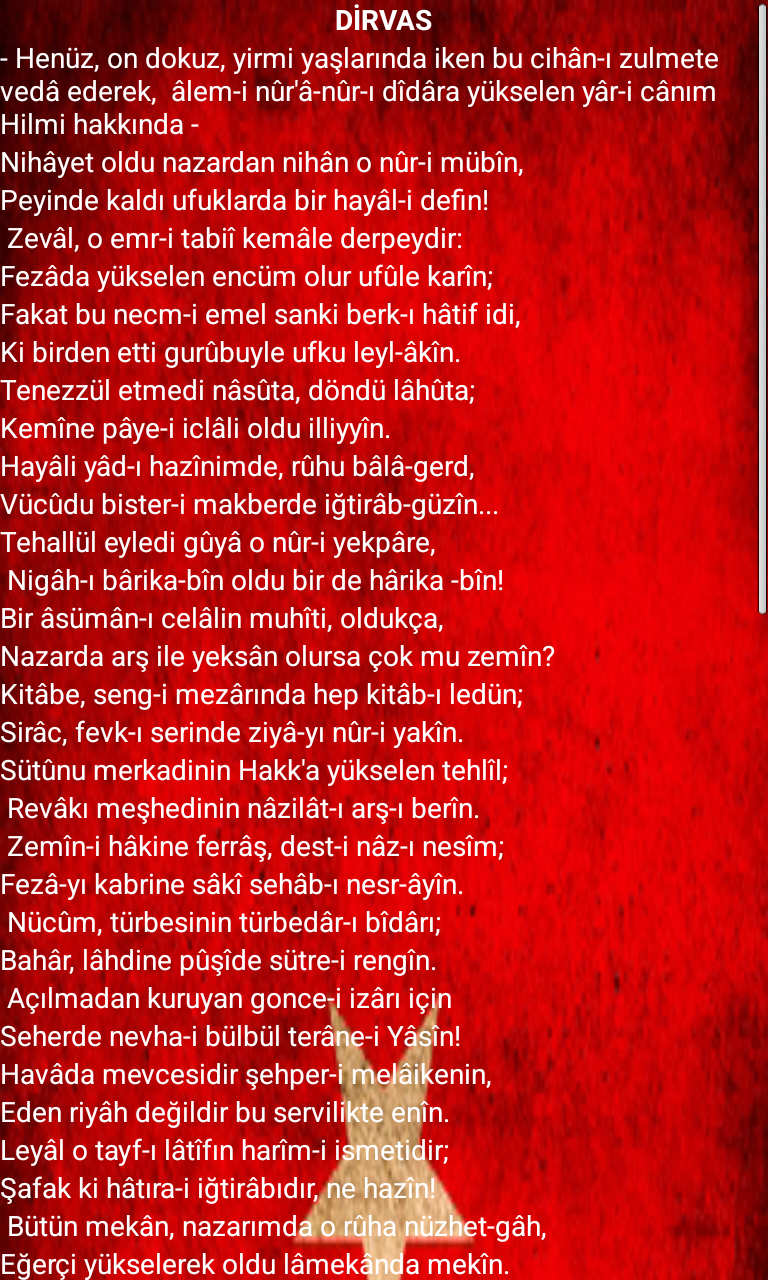
Repository: dokayazilim/Safahat-Android--Uygulamasi
Layout: safahat(android)/Safahat/res/layout/kitap25.xml
The author's editor kept a copy of each file at every save. The layout is drawn from the files as they stood at one save, then again after the next save.
It is drawn on a 768 x 1280 px phone screen (xhdpi) without system bars, with theme android:Theme; the app's code is not run.

Above is the layout before, as saved 2012-09-07 11:51:38.

### safahat(android)/Safahat/res/layout/kitap25.xml
<?xml version="1.0" encoding="utf-8"?>
<ScrollView    android:id="@+id/widget1"    android:layout_width="fill_parent"    android:layout_height="fill_parent"    xmlns:android="http://schemas.android.com/apk/res/android"    >
<LinearLayout xmlns:android="http://schemas.android.com/apk/res/android"
    android:layout_width="fill_parent"
    android:layout_height="fill_parent"
    android:orientation="vertical" android:background="@drawable/androidturk">

  <TextView
        android:id="@+id/textView1"
        android:layout_width="wrap_content"
        android:layout_height="wrap_content"
        android:text="DİRVAS" android:textColor="#ffffff" android:textStyle="bold" android:layout_gravity="center"/>
<TextView
        android:id="@+id/textView2"
        android:layout_width="wrap_content"
        android:layout_height="wrap_content"
        android:text="- Henüz, on dokuz, yirmi yaşlarında iken bu cihân-ı zulmete vedâ ederek,
 âlem-i nûr'â-nûr-ı dîdâra yükselen yâr-i cânım Hilmi hakkında -
 " android:textColor="#ffffff" />
<TextView
        android:id="@+id/textView3"
        android:layout_width="wrap_content"
        android:layout_height="wrap_content"
        android:text="Nihâyet oldu nazardan nihân o nûr-i mübîn, " android:textColor="#ffffff" />
<TextView
        android:id="@+id/textView4"
        android:layout_width="wrap_content"
        android:layout_height="wrap_content"
        android:text="Peyinde kaldı ufuklarda bir hayâl-i defin!
  " android:textColor="#ffffff" />
<TextView
        android:id="@+id/textView5"
        android:layout_width="wrap_content"
        android:layout_height="wrap_content"
        android:text="
Zevâl, o emr-i tabiî kemâle derpeydir:

" android:textColor="#ffffff" />
<TextView
        android:id="@+id/textView6"
        android:layout_width="wrap_content"
        android:layout_height="wrap_content"
        android:text="Fezâda yükselen encüm olur ufûle karîn;
  " android:textColor="#ffffff" />
<TextView
        android:id="@+id/textView7"
        android:layout_width="wrap_content"
        android:layout_height="wrap_content"
        android:text="Fakat bu necm-i emel sanki berk-ı hâtif idi, " android:textColor="#ffffff"/>
<TextView
        android:id="@+id/textView8"
        android:layout_width="wrap_content"
        android:layout_height="wrap_content"
        android:text="Ki birden etti gurûbuyle ufku leyl-âkîn.
   " android:textColor="#ffffff" />
<TextView
        android:id="@+id/textView9"
        android:layout_width="wrap_content"
        android:layout_height="wrap_content"
        android:text="Tenezzül etmedi nâsûta, döndü lâhûta;
 " android:textColor="#ffffff"/>
<TextView
        android:id="@+id/textView10"
        android:layout_width="wrap_content"
        android:layout_height="wrap_content"
        android:text="Kemîne pâye-i iclâli oldu illiyyîn.  " android:textColor="#ffffff"/>
<TextView
        android:id="@+id/textView11"
        android:layout_width="wrap_content"
        android:layout_height="wrap_content"
        android:text="Hayâli yâd-ı hazînimde, rûhu bâlâ-gerd,
 " android:textColor="#ffffff" />
<TextView
        android:id="@+id/textView12"
        android:layout_width="wrap_content"
        android:layout_height="wrap_content"
        android:text="Vücûdu bister-i makberde iğtirâb-güzîn...
   " android:textColor="#ffffff" />
<TextView
        android:id="@+id/textView13"
        android:layout_width="wrap_content"
        android:layout_height="wrap_content"
        android:text="Tehallül eyledi gûyâ o nûr-i yekpâre, " android:textColor="#ffffff"/>
<TextView
        android:id="@+id/textView14"
        android:layout_width="wrap_content"
        android:layout_height="wrap_content"
        android:text="
Nigâh-ı bârika-bîn oldu bir de hârika -bîn!

" android:textColor="#ffffff" />
<TextView
        android:id="@+id/textView15"
        android:layout_width="wrap_content"
        android:layout_height="wrap_content"
        android:text="Bir âsümân-ı celâlin muhîti, oldukça,
   " android:textColor="#ffffff" />
<TextView
        android:id="@+id/textView16"
        android:layout_width="wrap_content"
        android:layout_height="wrap_content"
        android:text="Nazarda arş ile yeksân olursa çok mu zemîn?  " android:textColor="#ffffff"/>
<TextView
        android:id="@+id/textView17"
        android:layout_width="wrap_content"
        android:layout_height="wrap_content"
        android:text="Kitâbe, seng-i mezârında hep kitâb-ı ledün;
  " android:textColor="#ffffff" />
<TextView
        android:id="@+id/textView18"
        android:layout_width="wrap_content"
        android:layout_height="wrap_content"
        android:text="Sirâc, fevk-ı serinde ziyâ-yı nûr-i yakîn.
   " android:textColor="#ffffff" />
<TextView
        android:id="@+id/textView19"
        android:layout_width="wrap_content"
        android:layout_height="wrap_content"
        android:text="Sütûnu merkadinin Hakk'a yükselen tehlîl;  " android:textColor="#ffffff"/>
<TextView
        android:id="@+id/textView20"
        android:layout_width="wrap_content"
        android:layout_height="wrap_content"
        android:text="
Revâkı meşhedinin nâzilât-ı arş-ı berîn.

  " android:textColor="#ffffff" />
<TextView
        android:id="@+id/textView21"
        android:layout_width="wrap_content"
        android:layout_height="wrap_content"
        android:text="
Zemîn-i hâkine ferrâş, dest-i nâz-ı nesîm;
  " android:textColor="#ffffff" />
<TextView
        android:id="@+id/textView22"
        android:layout_width="wrap_content"
        android:layout_height="wrap_content"
        android:text="Fezâ-yı kabrine sâkî sehâb-ı nesr-âyîn. " android:textColor="#ffffff"/>
<TextView
        android:id="@+id/textView23"
        android:layout_width="wrap_content"
        android:layout_height="wrap_content"
        android:text="
Nücûm, türbesinin türbedâr-ı bîdârı;
  " android:textColor="#ffffff" />
<TextView
        android:id="@+id/textView24"
        android:layout_width="wrap_content"
        android:layout_height="wrap_content"
        android:text="Bahâr, lâhdine pûşîde sütre-i rengîn.
 " android:textColor="#ffffff" />
<TextView
        android:id="@+id/textView25"
        android:layout_width="wrap_content"
        android:layout_height="wrap_content"
        android:text="
Açılmadan kuruyan gonce-i izârı için
        " android:textColor="#ffffff" />
<TextView
        android:id="@+id/textView26"
        android:layout_width="wrap_content"
        android:layout_height="wrap_content"
        android:text="Seherde nevha-i bülbül terâne-i Yâsîn!
  " android:textColor="#ffffff" />
<TextView
        android:id="@+id/textView27"
        android:layout_width="wrap_content"
        android:layout_height="wrap_content"
        android:text="Havâda mevcesidir şehper-i melâikenin,
 " android:textColor="#ffffff" />
<TextView
        android:id="@+id/textView28"
        android:layout_width="wrap_content"
        android:layout_height="wrap_content"
        android:text="Eden riyâh değildir bu servilikte enîn.
  " android:textColor="#ffffff" />
<TextView
        android:id="@+id/textView29"
        android:layout_width="wrap_content"
        android:layout_height="wrap_content"
        android:text="Leyâl o tayf-ı lâtîfın harîm-i ismetidir;  " android:textColor="#ffffff" />
<TextView
        android:id="@+id/textView30"
        android:layout_width="wrap_content"
        android:layout_height="wrap_content"
        android:text="Şafak ki hâtıra-i iğtirâbıdır, ne hazîn!
  " android:textColor="#ffffff" />
<TextView
        android:id="@+id/textView31"
        android:layout_width="wrap_content"
        android:layout_height="wrap_content"
        android:text="
Bütün mekân, nazarımda o rûha nüzhet-gâh,
" android:textColor="#ffffff" />
<TextView
        android:id="@+id/textView32"
        android:layout_width="wrap_content"
        android:layout_height="wrap_content"
        android:text="Eğerçi yükselerek oldu lâmekânda mekîn.
 " android:textColor="#ffffff" />
<TextView
        android:id="@+id/textView33"
        android:layout_width="wrap_content"
        android:layout_height="wrap_content"
        android:text="Ey aslına iltihâk eden nûr,

  " android:textColor="#ffffff" />
<TextView
        android:id="@+id/textView34"
        android:layout_width="wrap_content"
        android:layout_height="wrap_content"
        android:text="Sensin bana her tarafta manzûr;
  " android:textColor="#ffffff" />
<TextView
        android:id="@+id/textView35"
        android:layout_width="wrap_content"
        android:layout_height="wrap_content"
        android:text="Olsan da zılâl içinde mestûr,
   " android:textColor="#ffffff"/>
<TextView
        android:id="@+id/textView36"
        android:layout_width="wrap_content"
        android:layout_height="wrap_content"
        android:text="Bir an değilim o lem'adan dûr:
   " android:textColor="#ffffff" />
<TextView
        android:id="@+id/textView37"
        android:layout_width="wrap_content"
        android:layout_height="wrap_content"
        android:text="
Rûhumda ebed-karâr şû'len.
 " android:textColor="#ffffff" />
<TextView
        android:id="@+id/textView38"
        android:layout_width="wrap_content"
        android:layout_height="wrap_content"
        android:text="
Mevvâc sabâhatin seherde

  " android:textColor="#ffffff" />
<TextView
        android:id="@+id/textView39"
        android:layout_width="wrap_content"
        android:layout_height="wrap_content"
        android:text="Berk urmada nâsiyen kamerde;
  " android:textColor="#ffffff" />
<TextView
        android:id="@+id/textView40"
        android:layout_width="wrap_content"
        android:layout_height="wrap_content"
        android:text="Şeb sahn-ı harem-serâna- perde.
  " android:textColor="#ffffff" />
<TextView
        android:id="@+id/textView41"
        android:layout_width="wrap_content"
        android:layout_height="wrap_content"
        android:text="Matvî evrak-ı verd-i terde
Bir şemme kitâb-ı nükhetinden!

  " android:textColor="#ffffff" />
<TextView
        android:id="@+id/textView42"
        android:layout_width="wrap_content"
        android:layout_height="wrap_content"
        android:text="Nağmendir eden riyâhı tehzîz,
  " android:textColor="#ffffff" />
<TextView
        android:id="@+id/textView43"
        android:layout_width="wrap_content"
        android:layout_height="wrap_content"
        android:text="Senden bu nevâ yı şûriş-engîz!
  " android:textColor="#ffffff" />
<TextView
        android:id="@+id/textView44"
        android:layout_width="wrap_content"
        android:layout_height="wrap_content"
        android:text="Berk urmada nâsiyen kamerde;
  " android:textColor="#ffffff" />
<TextView
        android:id="@+id/textView45"
        android:layout_width="wrap_content"
        android:layout_height="wrap_content"
        android:text="Tayfın beni eyliyon seher-hîz...
  " android:textColor="#ffffff" />
<TextView
        android:id="@+id/textView46"
        android:layout_width="wrap_content"
        android:layout_height="wrap_content"
        android:text="Ey hâtırasıyle rûh lebrîz,
  " android:textColor="#ffffff" />
<TextView
        android:id="@+id/textView47"
        android:layout_width="wrap_content"
        android:layout_height="wrap_content"
        android:text="İndimde bu kâinât hep sen!
  " android:textColor="#ffffff" />
<TextView
        android:id="@+id/textView48"
        android:layout_width="wrap_content"
        android:layout_height="wrap_content"
        android:text="Ey lem'a-i şu'le-i İlâhî,
  " android:textColor="#ffffff" />
<TextView
        android:id="@+id/textView49"
        android:layout_width="wrap_content"
        android:layout_height="wrap_content"
        android:text="Ey subh-i ebed karârgâhı.
  " android:textColor="#ffffff" />
<TextView
        android:id="@+id/textView50"
        android:layout_width="wrap_content"
        android:layout_height="wrap_content"
        android:text="Hiç bulmaya tâbişin tenâhî...
  " android:textColor="#ffffff" />
<TextView
        android:id="@+id/textView51"
        android:layout_width="wrap_content"
        android:layout_height="wrap_content"
        android:text="Envârına gelmesin tebâhî...
  " android:textColor="#ffffff" />
<TextView
        android:id="@+id/textView52"
        android:layout_width="wrap_content"
        android:layout_height="wrap_content"
        android:text="Bir böyle bekânı isterim ben.
  " android:textColor="#ffffff" />
<TextView
        android:id="@+id/textView53"
        android:layout_width="wrap_content"
        android:layout_height="wrap_content"
        android:text="Sönmez yanan ihtimâli yoktur,
  " android:textColor="#ffffff" />
<TextView
        android:id="@+id/textView54"
        android:layout_width="wrap_content"
        android:layout_height="wrap_content"
        android:text="Sönmez yanan ihtimâli yoktur,
  " android:textColor="#ffffff" />
<TextView
        android:id="@+id/textView55"
        android:layout_width="wrap_content"
        android:layout_height="wrap_content"
        android:text="Yok, nâre demem zevâli yoktur,
  " android:textColor="#ffffff" />
<TextView
        android:id="@+id/textView56"
        android:layout_width="wrap_content"
        android:layout_height="wrap_content"
        android:text="Nûrun fakat öyle hâli yoktur.
  " android:textColor="#ffffff" />
<TextView
        android:id="@+id/textView57"
        android:layout_width="wrap_content"
        android:layout_height="wrap_content"
        android:text="Olmaz ona hiç adem nişîmen.
  " android:textColor="#ffffff" />
<TextView
        android:id="@+id/textView58"
        android:layout_width="wrap_content"
        android:layout_height="wrap_content"
        android:text="Ey hâtırasıyle kaldığım yâr,
  " android:textColor="#ffffff" />
<TextView
        android:id="@+id/textView59"
        android:layout_width="wrap_content"
        android:layout_height="wrap_content"
        android:text="Artık aramızda bir cihan var!
  " android:textColor="#ffffff" />
<TextView
        android:id="@+id/textView60"
        android:layout_width="wrap_content"
        android:layout_height="wrap_content"
        android:text="Sen gökte safâ-güzîn-i dîdâr,
  " android:textColor="#ffffff" />
<TextView
        android:id="@+id/textView61"
        android:layout_width="wrap_content"
        android:layout_height="wrap_content"
        android:text="Ben yerde azâb içinde bîzâr!
  " android:textColor="#ffffff" />
<TextView
        android:id="@+id/textView62"
        android:layout_width="wrap_content"
        android:layout_height="wrap_content"
        android:text="Gûşumda bütün terâne şîven!
  " android:textColor="#ffffff" />
<TextView
        android:id="@+id/textView63"
        android:layout_width="wrap_content"
        android:layout_height="wrap_content"
        android:text="Şîven demi nây-i nağme-kârın,
  " android:textColor="#ffffff" />
<TextView
        android:id="@+id/textView64"
        android:layout_width="wrap_content"
        android:layout_height="wrap_content"
        android:text="Şîven cereyânı cûybârın,
  " android:textColor="#ffffff" />
<TextView
        android:id="@+id/textView65"
        android:layout_width="wrap_content"
        android:layout_height="wrap_content"
        android:text="Şîven sesi bâd-ı bî-karârın,
  " android:textColor="#ffffff" />
<TextView
        android:id="@+id/textView66"
        android:layout_width="wrap_content"
        android:layout_height="wrap_content"
        android:text="Şîven bana âh yâdigârın...
  " android:textColor="#ffffff" />
<TextView
        android:id="@+id/textView67"
        android:layout_width="wrap_content"
        android:layout_height="wrap_content"
        android:text="Sen gökleri hande-zâr ederken!
  " android:textColor="#ffffff" />

<TextView
        android:id="@+id/textView68"
        android:layout_width="wrap_content"
        android:layout_height="wrap_content"
        android:text="Mehmet Akif ERSOY" android:textColor="#ffffff" android:textStyle="bold"/>
</LinearLayout>
</ScrollView>

After the next save:
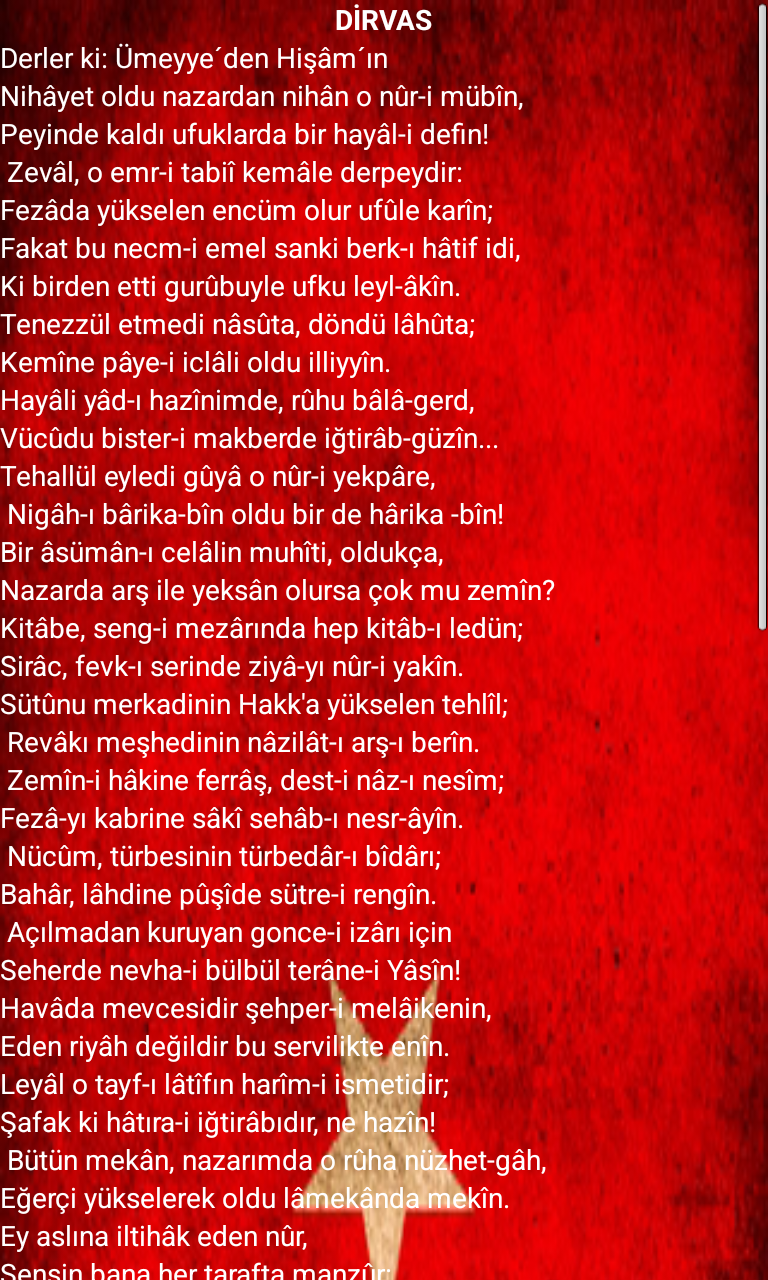
Saved 34 s later.
--- a/safahat(android)/Safahat/res/layout/kitap25.xml
+++ b/safahat(android)/Safahat/res/layout/kitap25.xml
@@ -14,9 +14,7 @@
         android:id="@+id/textView2"
         android:layout_width="wrap_content"
         android:layout_height="wrap_content"
-        android:text="- Henüz, on dokuz, yirmi yaşlarında iken bu cihân-ı zulmete vedâ ederek,
- âlem-i nûr'â-nûr-ı dîdâra yükselen yâr-i cânım Hilmi hakkında -
- " android:textColor="#ffffff" />
+        android:text="Derler ki: Ümeyye´den Hişâm´ın " android:textColor="#ffffff" />
 <TextView
         android:id="@+id/textView3"
         android:layout_width="wrap_content"
